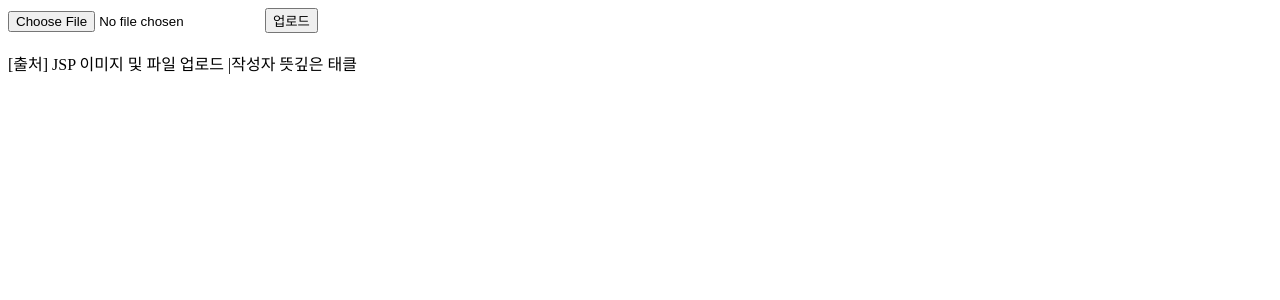
Repository: minkyung0421/jsp_travel_project
Page: http://localhost/Travel_Project/fileUpload.jsp
An editor plug-in stored every save of this project. The page is shown before and after the next save, followed by the edit.
The browser window is 1280 px wide. The pictures show the whole page.
The page is served by Tomcat 9. Other server files are loaded and not shown.

Above is the page before, as saved 2018-08-20 08:47:35.

### jsp_travel_project/Travel_Project/WebContent/fileUpload.jsp
<%@ page language="java" contentType="text/html; charset=EUC-KR"
pageEncoding="EUC-KR"%>
<!DOCTYPE html PUBLIC "-//W3C//DTD HTML 4.01 Transitional//EN" "http://www.w3.org/TR/html4/loose.dtd">
<html>
<head>
<meta http-equiv="Content-Type" content="text/html; charset=EUC-KR">
<title>Insert title here</title>
</head>
<form method="post" enctype="multipart/form-data" action="imgup.jsp">
<input type="file" name="filename1" size=40>
<input type="submit" value="업로드"><br><br>
</form>
<body>
</body>
</html>
[출처] JSP 이미지 및 파일 업로드 |작성자 뜻깊은 태클

After the next save:
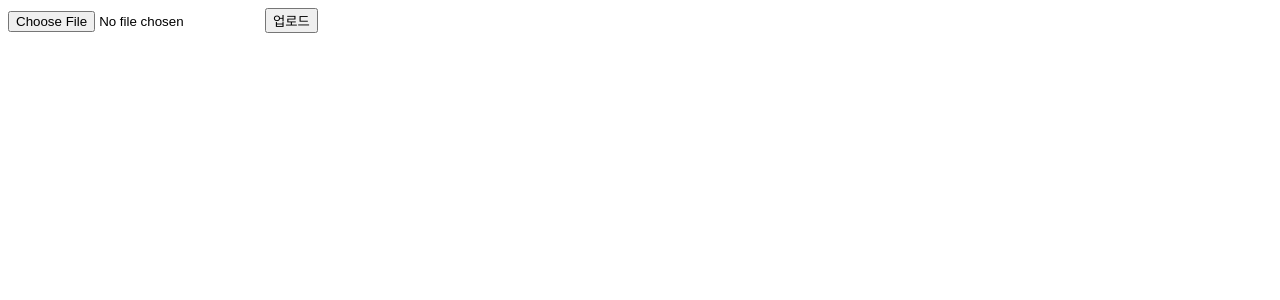
Saved 2 s later.
--- a/jsp_travel_project/Travel_Project/WebContent/fileUpload.jsp
+++ b/jsp_travel_project/Travel_Project/WebContent/fileUpload.jsp
@@ -13,4 +13,3 @@
 <body>
 </body>
 </html>
-[출처] JSP 이미지 및 파일 업로드 |작성자 뜻깊은 태클
